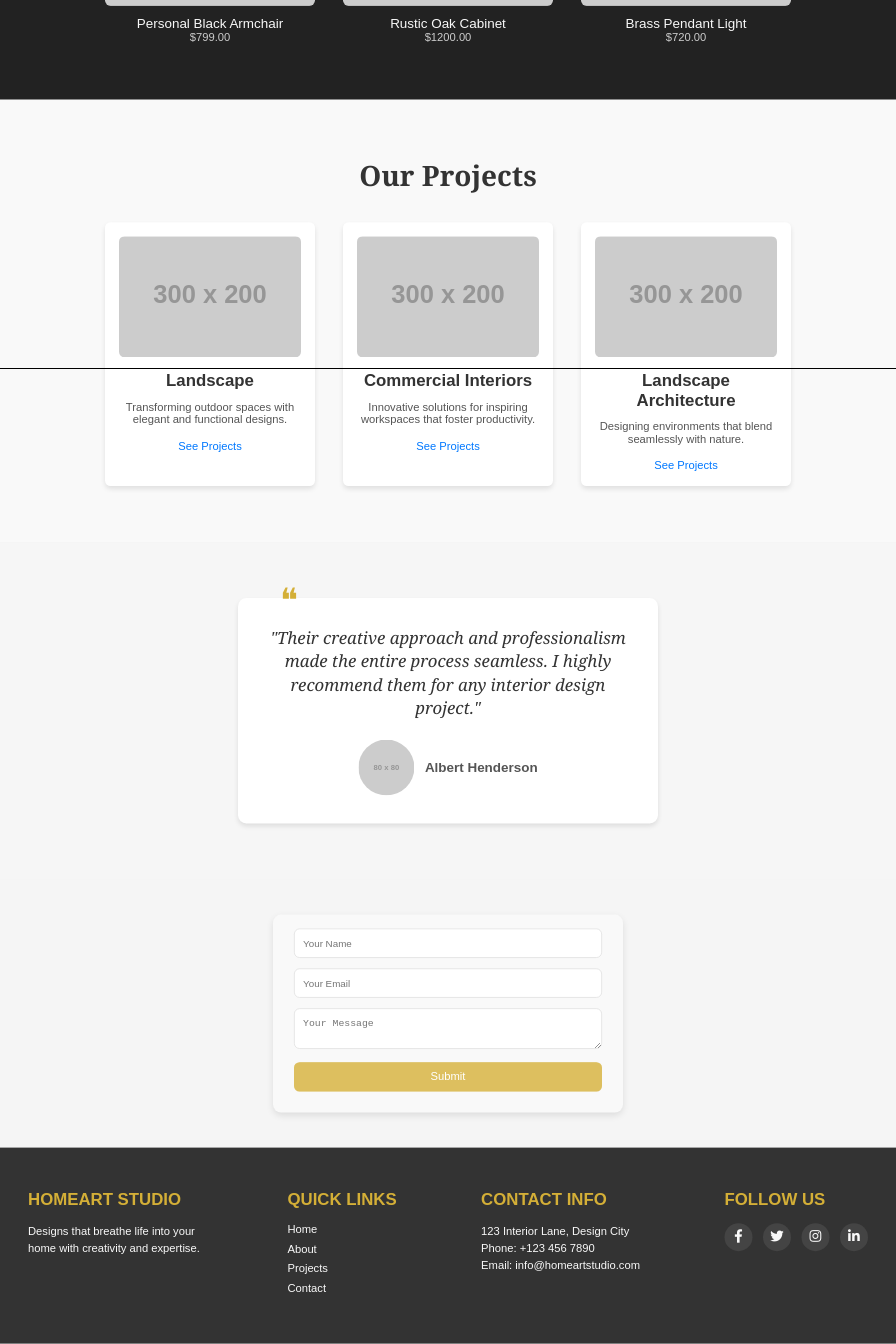
Repository: Patience225/home-decor-studio
Page: index.html
These files come from the project's save history. The page is drawn as it stood at one moment and after the next save; the edit follows.
The browser window is 1280 px wide. The pictures show the part of the page from y = 2378 to 4298 px (the page is 4298 px tall before and 4156 px after), at 70% of full size.

Above is the page before, as saved 2025-01-29 05:12:18.

### index.html
<!DOCTYPE html>
<html lang="en">
<head>
  <meta charset="UTF-8">
  <meta name="viewport" content="width=device-width, initial-scale=1.0">
  <title>HomeArt Studio</title><link href="https://cdnjs.cloudflare.com/ajax/libs/font-awesome/5.15.4/css/all.min.css" rel="stylesheet">
  <link rel="stylesheet" href="styles.css">
</head>
<body>
  <header>
    <nav class="navbar">
      <div class="logo">HomeArt Studio</div>
      <ul class="nav-links">
        <li><a href="#">Home</a></li>
        <li><a href="#">About</a></li>
        <li><a href="#">Services</a></li>
        <li><a href="#">Collections</a></li>
        <li><a href="#">Projects</a></li>
        <li><a href="#">Contact</a></li>
      </ul>
      <div class="hamburger">
        <span></span>
        <span></span>
        <span></span>
      </div>
    </nav>
  </header>
  <section class="hero">
    <div class="hero-content">
      <h1>Designs That Breathe Life into Your Home</h1>
      <img src="https://via.placeholder.com/1200x600" alt="Living room design" class="hero-image">
      <div class="hero-stats">
        <div class="stat-item">
          <h2>100%</h2>
          <p>Satisfaction Guarantee</p>
        </div>
        <div class="stat-item">
          <h2>250</h2>
          <p>Projects Completed</p>
        </div>
        <div class="stat-item">
          <h2>3469</h2>
          <p>Happy Clients</p>
        </div>
      </div>
    </div>
  </section>
  <section class="introduction">
    <div class="intro-container">
      <div class="intro-text">
        <h2>Bringing Vision and Expertise to Every Project</h2>
        <p>
          With years of experience and a commitment to excellence, we transform
          spaces into inspiring works of art. Whether you are looking to refresh a room
          or design a completely new living space, we provide personalized solutions
          tailored to your taste and lifestyle.
        </p>
      </div>
      <div class="intro-images">
        <img src="https://via.placeholder.com/400x300" alt="Interior design 1">
        <img src="https://via.placeholder.com/400x300" alt="Interior design 2">
      </div>
    </div>
  </section>
  <section class="call-to-action">
    <div class="cta-container">
      <h2>For Everything Your Home Deserves, Reach Out to Us</h2>
      <div class="cta-images">
        <div class="image-card">
          <img src="https://via.placeholder.com/300x300" alt="Armchair">
          <p class="product-name">Personal Black Armchair</p>
          <p class="product-price">$799.00</p>
        </div>
        <div class="image-card">
          <img src="https://via.placeholder.com/300x300" alt="Cabinet">
          <p class="product-name">Rustic Oak Cabinet</p>
          <p class="product-price">$1200.00</p>
        </div>
        <div class="image-card">
          <img src="https://via.placeholder.com/300x300" alt="Pendant Light">
          <p class="product-name">Brass Pendant Light</p>
          <p class="product-price">$720.00</p>
        </div>
      </div>
    </div>
  </section>
  <section class="projects">
    <h2>Our Projects</h2>
    <div class="project-cards">
      <div class="project-card">
        <img src="https://via.placeholder.com/300x200" alt="Landscape Project">
        <h3>Landscape</h3>
        <p>Transforming outdoor spaces with elegant and functional designs.</p>
        <a href="#" class="project-link">See Projects</a>
      </div>
      <div class="project-card">
        <img src="https://via.placeholder.com/300x200" alt="Commercial Interiors">
        <h3>Commercial Interiors</h3>
        <p>Innovative solutions for inspiring workspaces that foster productivity.</p>
        <a href="#" class="project-link">See Projects</a>
      </div>
      <div class="project-card">
        <img src="https://via.placeholder.com/300x200" alt="Architecture">
        <h3>Landscape Architecture</h3>
        <p>Designing environments that blend seamlessly with nature.</p>
        <a href="#" class="project-link">See Projects</a>
      </div>
    </div>
  </section>
  <section class="customer-review">
    <div class="review-container">
      <span class="quote-icon">❝</span>
      <p class="review-text">"Their creative approach and professionalism made the entire process seamless. I highly recommend them for any interior design project."</p>
      <div class="customer-info">
        <img src="https://via.placeholder.com/80x80" alt="Customer Picture" class="customer-img">
        <p class="customer-name">Albert Henderson</p>
      </div>
    </div>
  </section>
  <form id="contact-form">
    <input type="text" id="name" placeholder="Your Name" required>
    <input type="email" id="email" placeholder="Your Email" required>
    <textarea id="message" placeholder="Your Message" required></textarea>
    <button type="submit">Submit</button>
    <p id="form-feedback"></p>
  </form>
  <button id="back-to-top">↑</button>

  <footer class="footer">
    <div class="footer-container">
      <div class="footer-column">
        <h3>HomeArt Studio</h3>
        <p>Designs that breathe life into your home with creativity and expertise.</p>
      </div>
      <div class="footer-column">
        <h3>Quick Links</h3>
        <ul>
          <li><a href="#">Home</a></li>
          <li><a href="#">About</a></li>
          <li><a href="#">Projects</a></li>
          <li><a href="#">Contact</a></li>
        </ul>
      </div>
      <div class="footer-column">
        <h3>Contact Info</h3>
        <p>123 Interior Lane, Design City</p>
        <p>Phone: +123 456 7890</p>
        <p>Email: info@homeartstudio.com</p>
      </div>
      <div class="footer-column">
        <h3>Follow Us</h3>
        <div class="social-icons">
          <a href="#"><i class="fab fa-facebook-f"></i></a>
          <a href="#"><i class="fab fa-twitter"></i></a>
          <a href="#"><i class="fab fa-instagram"></i></a>
          <a href="#"><i class="fab fa-linkedin-in"></i></a>
        </div>
      </div>
    </div>
  </footer>

  <script src="script.js"></script>
</body>
</html>

Loaded but not shown: script.js (111 lines, source omitted); styles.css (591 lines, source omitted)

After the next save:
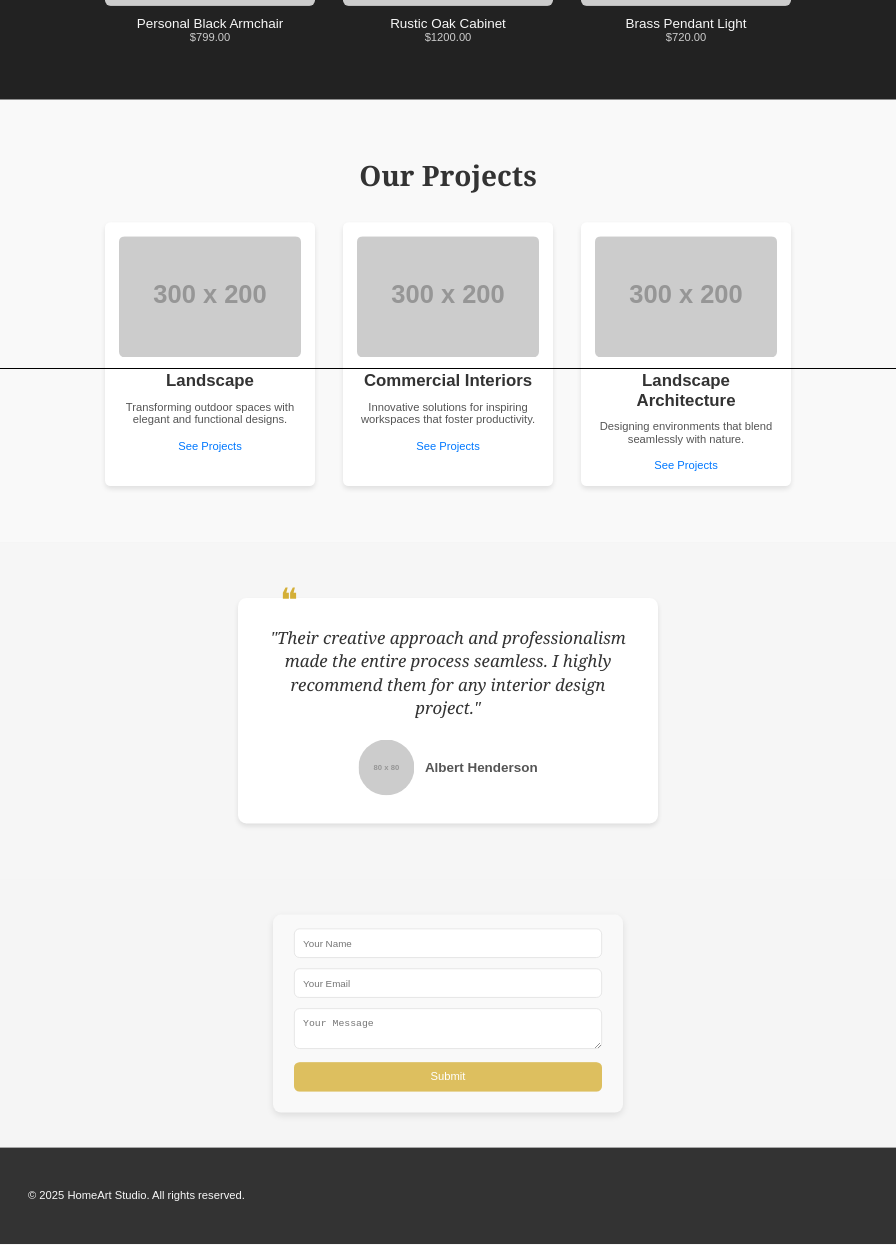
Console error: TypeError: Cannot read properties of null (reading 'addEventListener')
Saved 7 min 42 s later.
--- a/index.html
+++ b/index.html
@@ -3,7 +3,8 @@
 <head>
   <meta charset="UTF-8">
   <meta name="viewport" content="width=device-width, initial-scale=1.0">
-  <title>HomeArt Studio</title><link href="https://cdnjs.cloudflare.com/ajax/libs/font-awesome/5.15.4/css/all.min.css" rel="stylesheet">
+  <title>HomeArt Studio</title>
+  <link href="https://cdnjs.cloudflare.com/ajax/libs/font-awesome/5.15.4/css/all.min.css" rel="stylesheet">
   <link rel="stylesheet" href="styles.css">
 </head>
 <body>
@@ -11,12 +12,12 @@
     <nav class="navbar">
       <div class="logo">HomeArt Studio</div>
       <ul class="nav-links">
-        <li><a href="#">Home</a></li>
-        <li><a href="#">About</a></li>
-        <li><a href="#">Services</a></li>
-        <li><a href="#">Collections</a></li>
-        <li><a href="#">Projects</a></li>
-        <li><a href="#">Contact</a></li>
+        <li><a href="#home">Home</a></li>
+        <li><a href="#about">About</a></li>
+        <li><a href="#services">Services</a></li>
+        <li><a href="#collections">Collections</a></li>
+        <li><a href="#projects">Projects</a></li>
+        <li><a href="#contact">Contact</a></li>
       </ul>
       <div class="hamburger">
         <span></span>
@@ -25,7 +26,9 @@
       </div>
     </nav>
   </header>
-  <section class="hero">
+
+  <!-- Hero Section -->
+  <section id="home" class="hero">
     <div class="hero-content">
       <h1>Designs That Breathe Life into Your Home</h1>
       <img src="https://via.placeholder.com/1200x600" alt="Living room design" class="hero-image">
@@ -45,7 +48,9 @@
       </div>
     </div>
   </section>
-  <section class="introduction">
+
+  <!-- About Section -->
+  <section id="about" class="introduction">
     <div class="intro-container">
       <div class="intro-text">
         <h2>Bringing Vision and Expertise to Every Project</h2>
@@ -62,7 +67,9 @@
       </div>
     </div>
   </section>
-  <section class="call-to-action">
+
+  <!-- Services Section -->
+  <section id="services" class="call-to-action">
     <div class="cta-container">
       <h2>For Everything Your Home Deserves, Reach Out to Us</h2>
       <div class="cta-images">
@@ -84,7 +91,9 @@
       </div>
     </div>
   </section>
-  <section class="projects">
+
+  <!-- Collections Section -->
+  <section id="collections" class="projects">
     <h2>Our Projects</h2>
     <div class="project-cards">
       <div class="project-card">
@@ -107,7 +116,9 @@
       </div>
     </div>
   </section>
-  <section class="customer-review">
+
+  <!-- Contact Section -->
+  <section id="contact" class="customer-review">
     <div class="review-container">
       <span class="quote-icon">❝</span>
       <p class="review-text">"Their creative approach and professionalism made the entire process seamless. I highly recommend them for any interior design project."</p>
@@ -117,6 +128,7 @@
       </div>
     </div>
   </section>
+
   <form id="contact-form">
     <input type="text" id="name" placeholder="Your Name" required>
     <input type="email" id="email" placeholder="Your Email" required>
@@ -124,38 +136,10 @@
     <button type="submit">Submit</button>
     <p id="form-feedback"></p>
   </form>
-  <button id="back-to-top">↑</button>
 
   <footer class="footer">
     <div class="footer-container">
-      <div class="footer-column">
-        <h3>HomeArt Studio</h3>
-        <p>Designs that breathe life into your home with creativity and expertise.</p>
-      </div>
-      <div class="footer-column">
-        <h3>Quick Links</h3>
-        <ul>
-          <li><a href="#">Home</a></li>
-          <li><a href="#">About</a></li>
-          <li><a href="#">Projects</a></li>
-          <li><a href="#">Contact</a></li>
-        </ul>
-      </div>
-      <div class="footer-column">
-        <h3>Contact Info</h3>
-        <p>123 Interior Lane, Design City</p>
-        <p>Phone: +123 456 7890</p>
-        <p>Email: info@homeartstudio.com</p>
-      </div>
-      <div class="footer-column">
-        <h3>Follow Us</h3>
-        <div class="social-icons">
-          <a href="#"><i class="fab fa-facebook-f"></i></a>
-          <a href="#"><i class="fab fa-twitter"></i></a>
-          <a href="#"><i class="fab fa-instagram"></i></a>
-          <a href="#"><i class="fab fa-linkedin-in"></i></a>
-        </div>
-      </div>
+      <p>© 2025 HomeArt Studio. All rights reserved.</p>
     </div>
   </footer>
 

After the save that followed:
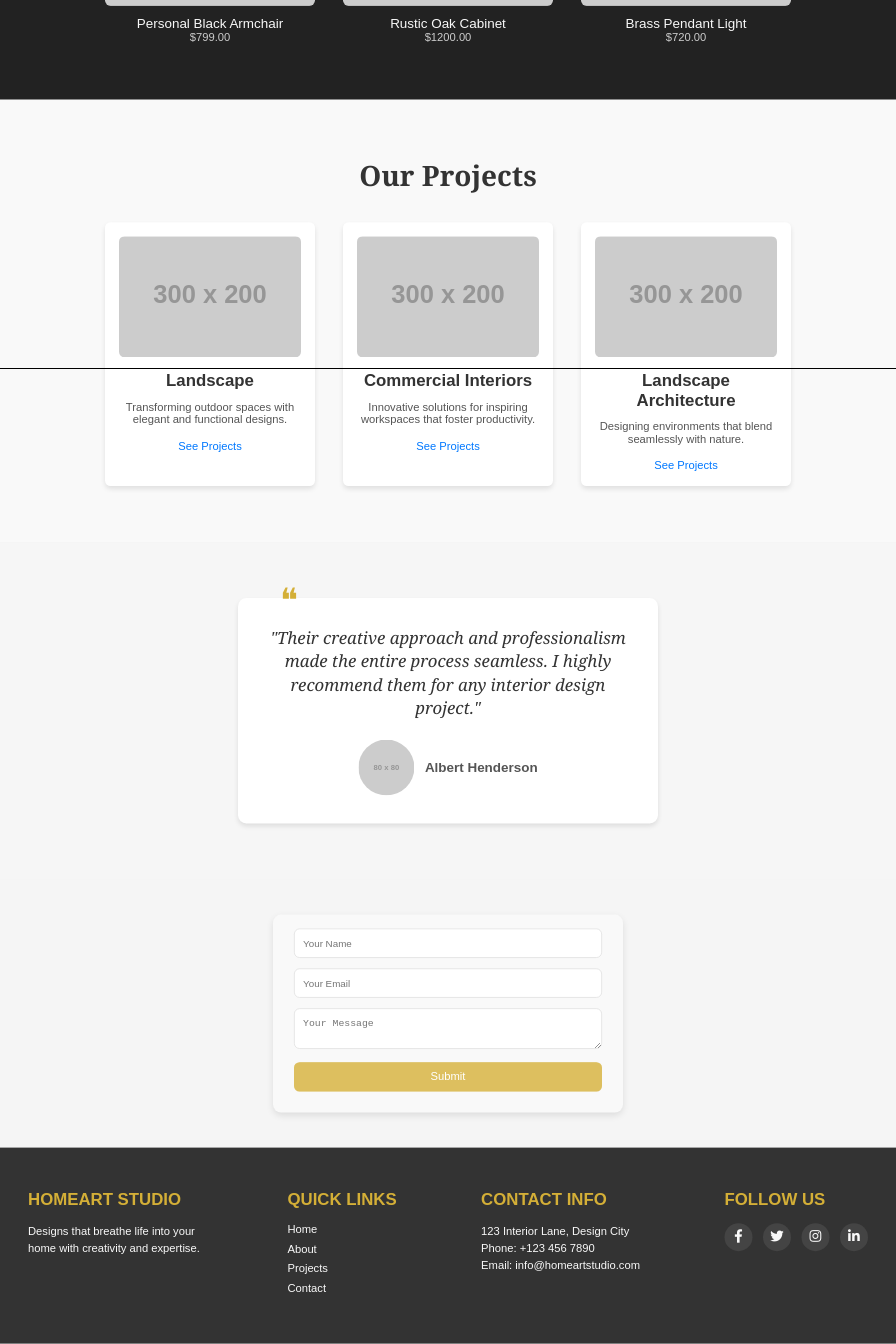
The error is gone.
Saved 51 s later.
--- a/index.html
+++ b/index.html
@@ -3,8 +3,7 @@
 <head>
   <meta charset="UTF-8">
   <meta name="viewport" content="width=device-width, initial-scale=1.0">
-  <title>HomeArt Studio</title>
-  <link href="https://cdnjs.cloudflare.com/ajax/libs/font-awesome/5.15.4/css/all.min.css" rel="stylesheet">
+  <title>HomeArt Studio</title><link href="https://cdnjs.cloudflare.com/ajax/libs/font-awesome/5.15.4/css/all.min.css" rel="stylesheet">
   <link rel="stylesheet" href="styles.css">
 </head>
 <body>
@@ -12,12 +11,12 @@
     <nav class="navbar">
       <div class="logo">HomeArt Studio</div>
       <ul class="nav-links">
-        <li><a href="#home">Home</a></li>
-        <li><a href="#about">About</a></li>
-        <li><a href="#services">Services</a></li>
-        <li><a href="#collections">Collections</a></li>
-        <li><a href="#projects">Projects</a></li>
-        <li><a href="#contact">Contact</a></li>
+        <li><a href="#">Home</a></li>
+        <li><a href="#">About</a></li>
+        <li><a href="#">Services</a></li>
+        <li><a href="#">Collections</a></li>
+        <li><a href="#">Projects</a></li>
+        <li><a href="#">Contact</a></li>
       </ul>
       <div class="hamburger">
         <span></span>
@@ -26,9 +25,7 @@
       </div>
     </nav>
   </header>
-
-  <!-- Hero Section -->
-  <section id="home" class="hero">
+  <section class="hero">
     <div class="hero-content">
       <h1>Designs That Breathe Life into Your Home</h1>
       <img src="https://via.placeholder.com/1200x600" alt="Living room design" class="hero-image">
@@ -48,9 +45,7 @@
       </div>
     </div>
   </section>
-
-  <!-- About Section -->
-  <section id="about" class="introduction">
+  <section class="introduction">
     <div class="intro-container">
       <div class="intro-text">
         <h2>Bringing Vision and Expertise to Every Project</h2>
@@ -67,9 +62,7 @@
       </div>
     </div>
   </section>
-
-  <!-- Services Section -->
-  <section id="services" class="call-to-action">
+  <section class="call-to-action">
     <div class="cta-container">
       <h2>For Everything Your Home Deserves, Reach Out to Us</h2>
       <div class="cta-images">
@@ -91,9 +84,7 @@
       </div>
     </div>
   </section>
-
-  <!-- Collections Section -->
-  <section id="collections" class="projects">
+  <section class="projects">
     <h2>Our Projects</h2>
     <div class="project-cards">
       <div class="project-card">
@@ -116,9 +107,7 @@
       </div>
     </div>
   </section>
-
-  <!-- Contact Section -->
-  <section id="contact" class="customer-review">
+  <section class="customer-review">
     <div class="review-container">
       <span class="quote-icon">❝</span>
       <p class="review-text">"Their creative approach and professionalism made the entire process seamless. I highly recommend them for any interior design project."</p>
@@ -128,7 +117,6 @@
       </div>
     </div>
   </section>
-
   <form id="contact-form">
     <input type="text" id="name" placeholder="Your Name" required>
     <input type="email" id="email" placeholder="Your Email" required>
@@ -136,10 +124,38 @@
     <button type="submit">Submit</button>
     <p id="form-feedback"></p>
   </form>
+  <button id="back-to-top">↑</button>
 
   <footer class="footer">
     <div class="footer-container">
-      <p>© 2025 HomeArt Studio. All rights reserved.</p>
+      <div class="footer-column">
+        <h3>HomeArt Studio</h3>
+        <p>Designs that breathe life into your home with creativity and expertise.</p>
+      </div>
+      <div class="footer-column">
+        <h3>Quick Links</h3>
+        <ul>
+          <li><a href="#">Home</a></li>
+          <li><a href="#">About</a></li>
+          <li><a href="#">Projects</a></li>
+          <li><a href="#">Contact</a></li>
+        </ul>
+      </div>
+      <div class="footer-column">
+        <h3>Contact Info</h3>
+        <p>123 Interior Lane, Design City</p>
+        <p>Phone: +123 456 7890</p>
+        <p>Email: info@homeartstudio.com</p>
+      </div>
+      <div class="footer-column">
+        <h3>Follow Us</h3>
+        <div class="social-icons">
+          <a href="#"><i class="fab fa-facebook-f"></i></a>
+          <a href="#"><i class="fab fa-twitter"></i></a>
+          <a href="#"><i class="fab fa-instagram"></i></a>
+          <a href="#"><i class="fab fa-linkedin-in"></i></a>
+        </div>
+      </div>
     </div>
   </footer>
 
